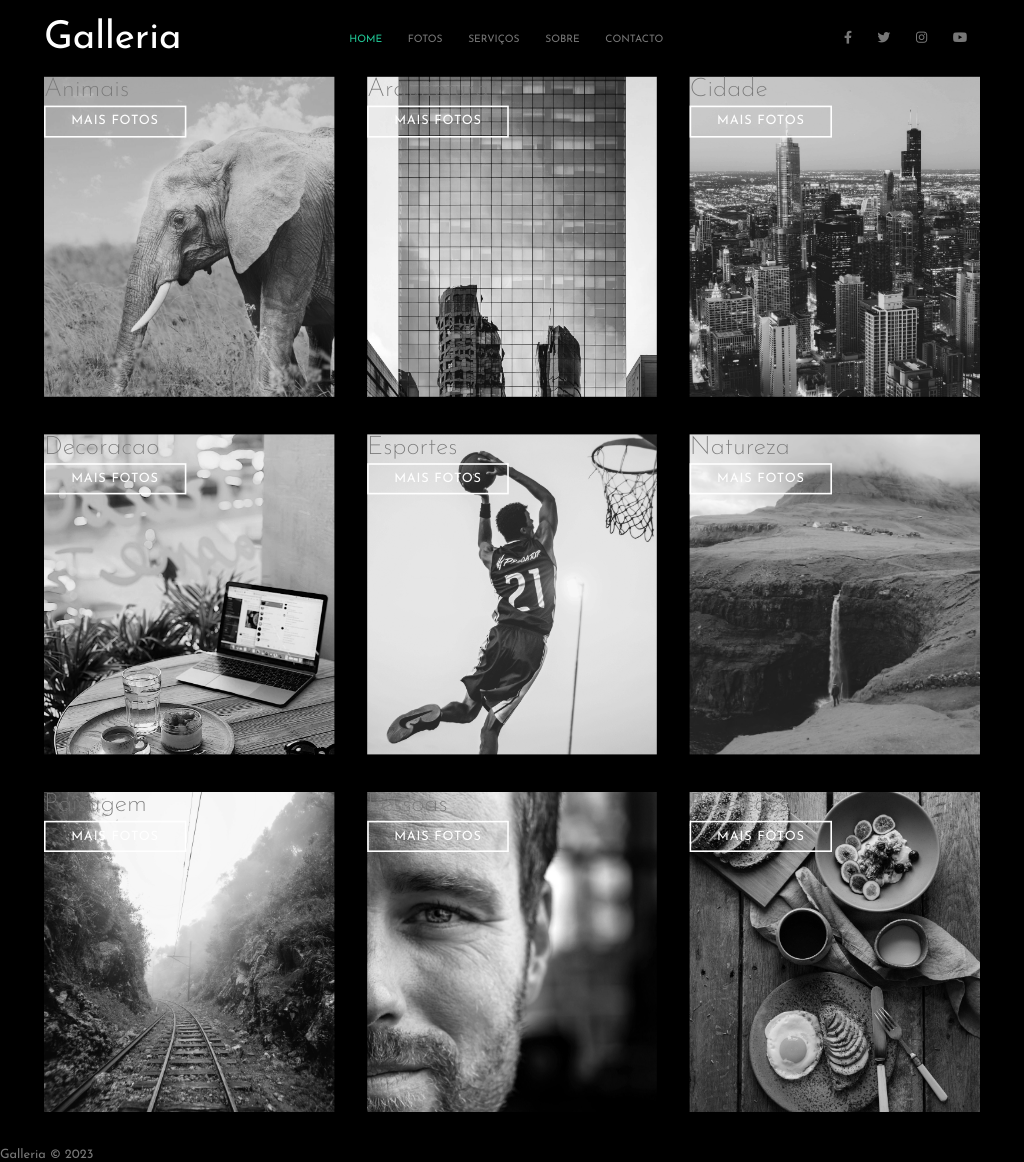
Repository: AghastyGD/gallery-sass
Page: index.html
These files come from the project's save history. The page is drawn as it stood at one moment and after the next save; the edit follows.
The browser window is 1280 px wide. The pictures show the whole page, at 80% of full size.
The style sheet was rebuilt from its Sass, Less or Tailwind sources for each picture, by a compiler version that may differ from the author's.

Above is the page before, as saved 2023-10-13 18:42:38.

After the next save:
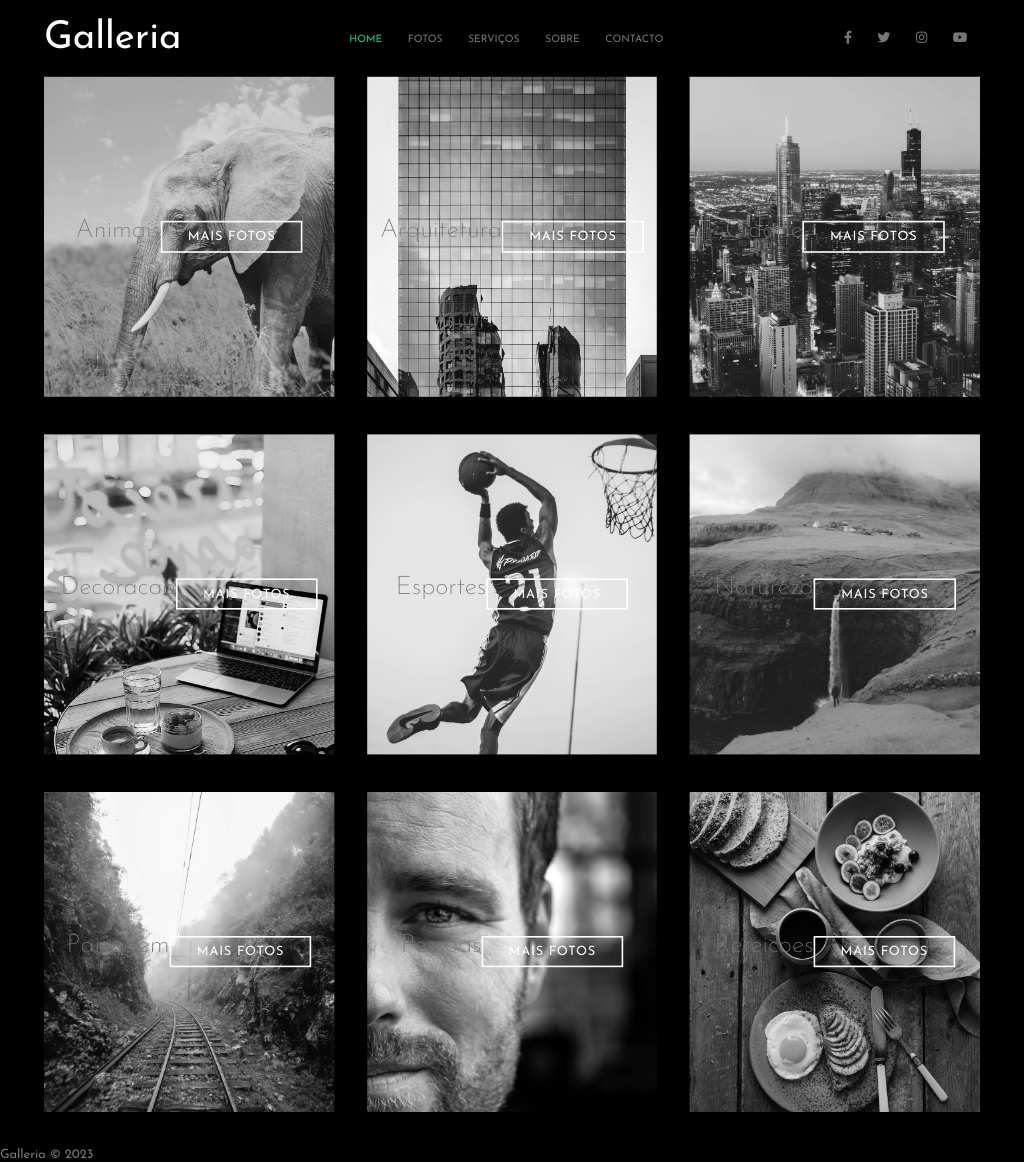
Saved 59 s later.
--- a/sass/styles.sass
+++ b/sass/styles.sass
@@ -72,6 +72,7 @@ body
     width: 31%
     height: 400px
     margin-bottom: 4%
+    @include mixins.flex-center
 
     &-title
       font-size: 2rem
